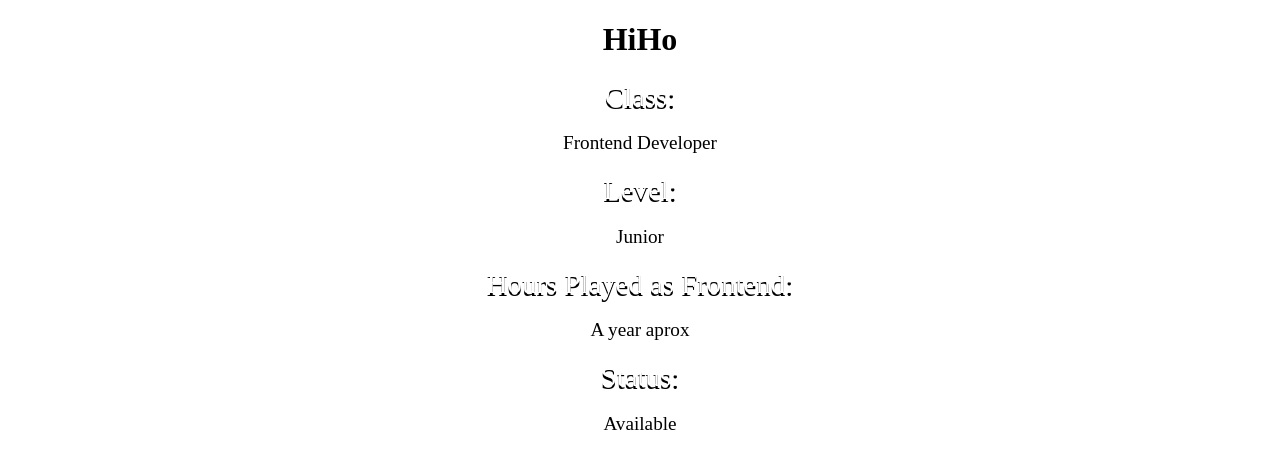
Repository: sernalab/soon
Page: index.html
The author's editor kept a copy of each file at every save. The page is drawn from the files as they stood at one save, then again after the next save.
The browser window is 1280 px wide. The pictures show the whole page.
Some web fonts or font styles are not loaded; a fallback is used.

Above is the page before, as saved 2018-12-24 01:08:54.

### index.html
<!DOCTYPE html>
<html lang="en">

<head>
    <meta charset="UTF-8">
    <meta name="viewport" content="width=device-width, initial-scale=1.0">
    <meta http-equiv="X-UA-Compatible" content="ie=edge">
    <title>Lulz</title>
    <link rel="stylesheet" href="css/styles.css">
    <link href="https://fonts.googleapis.com/css?family=Aldrich" rel="stylesheet">
    <link href="https://fonts.googleapis.com/css?family=Press+Start+2P" rel="stylesheet">

</head>

<body>
    <main>
        <h1>HiHo</h1>
        <span>Class:</span>
        <p> Frontend Developer</p>
        <span>Level:</span>
        <p>Junior</p>
        <span>Hours Played as Frontend:</span>
        <p>A year aprox</p>
        <span>Status:</span>
        <p>Available</p>
    </main>
</body>

<script>
    // google analitycs
</script>

</html>

### css/styles.css
/*! normalize.css v8.0.1 | MIT License | github.com/necolas/normalize.css */


/* Document
   ========================================================================== */


/**
 * 1. Correct the line height in all browsers.
 * 2. Prevent adjustments of font size after orientation changes in iOS.
 */

html {
    line-height: 1.15;
    /* 1 */
    -webkit-text-size-adjust: 100%;
    /* 2 */
}


/* Sections
   ========================================================================== */


/**
 * Remove the margin in all browsers.
 */

body {
    margin: 0;
}


/**
 * Render the `main` element consistently in IE.
 */

main {
    display: block;
}


/**
 * Correct the font size and margin on `h1` elements within `section` and
 * `article` contexts in Chrome, Firefox, and Safari.
 */

h1 {
    font-size: 2em;
    margin: 0.67em 0;
}


/* Grouping content
   ========================================================================== */


/**
 * 1. Add the correct box sizing in Firefox.
 * 2. Show the overflow in Edge and IE.
 */

hr {
    box-sizing: content-box;
    /* 1 */
    height: 0;
    /* 1 */
    overflow: visible;
    /* 2 */
}


/**
 * 1. Correct the inheritance and scaling of font size in all browsers.
 * 2. Correct the odd `em` font sizing in all browsers.
 */

pre {
    font-family: monospace, monospace;
    /* 1 */
    font-size: 1em;
    /* 2 */
}


/* Text-level semantics
   ========================================================================== */


/**
 * Remove the gray background on active links in IE 10.
 */

a {
    background-color: transparent;
}


/**
 * 1. Remove the bottom border in Chrome 57-
 * 2. Add the correct text decoration in Chrome, Edge, IE, Opera, and Safari.
 */

abbr[title] {
    border-bottom: none;
    /* 1 */
    text-decoration: underline;
    /* 2 */
    text-decoration: underline dotted;
    /* 2 */
}


/**
 * Add the correct font weight in Chrome, Edge, and Safari.
 */

b,
strong {
    font-weight: bolder;
}


/**
 * 1. Correct the inheritance and scaling of font size in all browsers.
 * 2. Correct the odd `em` font sizing in all browsers.
 */

code,
kbd,
samp {
    font-family: monospace, monospace;
    /* 1 */
    font-size: 1em;
    /* 2 */
}


/**
 * Add the correct font size in all browsers.
 */

small {
    font-size: 80%;
}


/**
 * Prevent `sub` and `sup` elements from affecting the line height in
 * all browsers.
 */

sub,
sup {
    font-size: 75%;
    line-height: 0;
    position: relative;
    vertical-align: baseline;
}

sub {
    bottom: -0.25em;
}

sup {
    top: -0.5em;
}


/* Embedded content
   ========================================================================== */


/**
 * Remove the border on images inside links in IE 10.
 */

img {
    border-style: none;
}


/* Forms
   ========================================================================== */


/**
 * 1. Change the font styles in all browsers.
 * 2. Remove the margin in Firefox and Safari.
 */

button,
input,
optgroup,
select,
textarea {
    font-family: inherit;
    /* 1 */
    font-size: 100%;
    /* 1 */
    line-height: 1.15;
    /* 1 */
    margin: 0;
    /* 2 */
}


/**
 * Show the overflow in IE.
 * 1. Show the overflow in Edge.
 */

button,
input {
    /* 1 */
    overflow: visible;
}


/**
 * Remove the inheritance of text transform in Edge, Firefox, and IE.
 * 1. Remove the inheritance of text transform in Firefox.
 */

button,
select {
    /* 1 */
    text-transform: none;
}


/**
 * Correct the inability to style clickable types in iOS and Safari.
 */

button,
[type="button"],
[type="reset"],
[type="submit"] {
    -webkit-appearance: button;
}


/**
 * Remove the inner border and padding in Firefox.
 */

button::-moz-focus-inner,
[type="button"]::-moz-focus-inner,
[type="reset"]::-moz-focus-inner,
[type="submit"]::-moz-focus-inner {
    border-style: none;
    padding: 0;
}


/**
 * Restore the focus styles unset by the previous rule.
 */

button:-moz-focusring,
[type="button"]:-moz-focusring,
[type="reset"]:-moz-focusring,
[type="submit"]:-moz-focusring {
    outline: 1px dotted ButtonText;
}


/**
 * Correct the padding in Firefox.
 */

fieldset {
    padding: 0.35em 0.75em 0.625em;
}


/**
 * 1. Correct the text wrapping in Edge and IE.
 * 2. Correct the color inheritance from `fieldset` elements in IE.
 * 3. Remove the padding so developers are not caught out when they zero out
 *    `fieldset` elements in all browsers.
 */

legend {
    box-sizing: border-box;
    /* 1 */
    color: inherit;
    /* 2 */
    display: table;
    /* 1 */
    max-width: 100%;
    /* 1 */
    padding: 0;
    /* 3 */
    white-space: normal;
    /* 1 */
}


/**
 * Add the correct vertical alignment in Chrome, Firefox, and Opera.
 */

progress {
    vertical-align: baseline;
}


/**
 * Remove the default vertical scrollbar in IE 10+.
 */

textarea {
    overflow: auto;
}


/**
 * 1. Add the correct box sizing in IE 10.
 * 2. Remove the padding in IE 10.
 */

[type="checkbox"],
[type="radio"] {
    box-sizing: border-box;
    /* 1 */
    padding: 0;
    /* 2 */
}


/**
 * Correct the cursor style of increment and decrement buttons in Chrome.
 */

[type="number"]::-webkit-inner-spin-button,
[type="number"]::-webkit-outer-spin-button {
    height: auto;
}


/**
 * 1. Correct the odd appearance in Chrome and Safari.
 * 2. Correct the outline style in Safari.
 */

[type="search"] {
    -webkit-appearance: textfield;
    /* 1 */
    outline-offset: -2px;
    /* 2 */
}


/**
 * Remove the inner padding in Chrome and Safari on macOS.
 */

[type="search"]::-webkit-search-decoration {
    -webkit-appearance: none;
}


/**
 * 1. Correct the inability to style clickable types in iOS and Safari.
 * 2. Change font properties to `inherit` in Safari.
 */

::-webkit-file-upload-button {
    -webkit-appearance: button;
    /* 1 */
    font: inherit;
    /* 2 */
}


/* Interactive
   ========================================================================== */


/*
 * Add the correct display in Edge, IE 10+, and Firefox.
 */

details {
    display: block;
}


/*
 * Add the correct display in all browsers.
 */

summary {
    display: list-item;
}


/* Misc
   ========================================================================== */


/**
 * Add the correct display in IE 10+.
 */

template {
    display: none;
}


/**
 * Add the correct display in IE 10.
 */

[hidden] {
    display: none;
}


/* custom css */

body {
    background-image: linear-gradien(black, white) font-family: 'Press Start 2P';
}

main {
    display: flex;
    flex-direction: column;
    justify-content: baseline;
    align-items: center;
}

span {
    color: white;
    font-size: 1.8em;
    text-shadow: 0 .1em 0 #000;
}

p {
    font-size: 1.2em
}

After the next save:
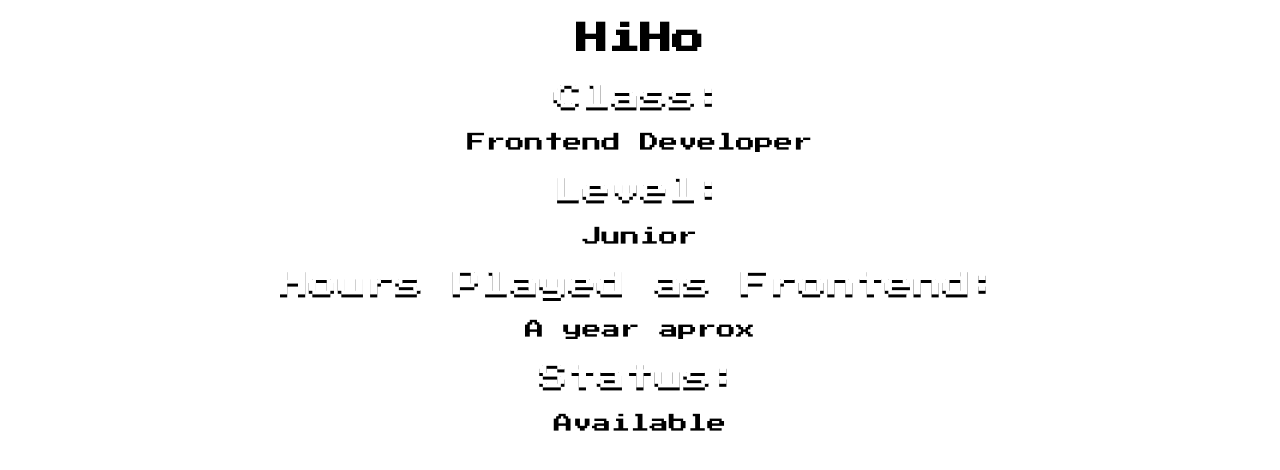
Saved 6 s later.
--- a/css/styles.css
+++ b/css/styles.css
@@ -422,7 +422,8 @@
 /* custom css */
 
 body {
-    background-image: linear-gradien(black, white) font-family: 'Press Start 2P';
+    background-image: linear-gradien(black, white);
+    font-family: 'Press Start 2P';
 }
 
 main {

After the save that followed:
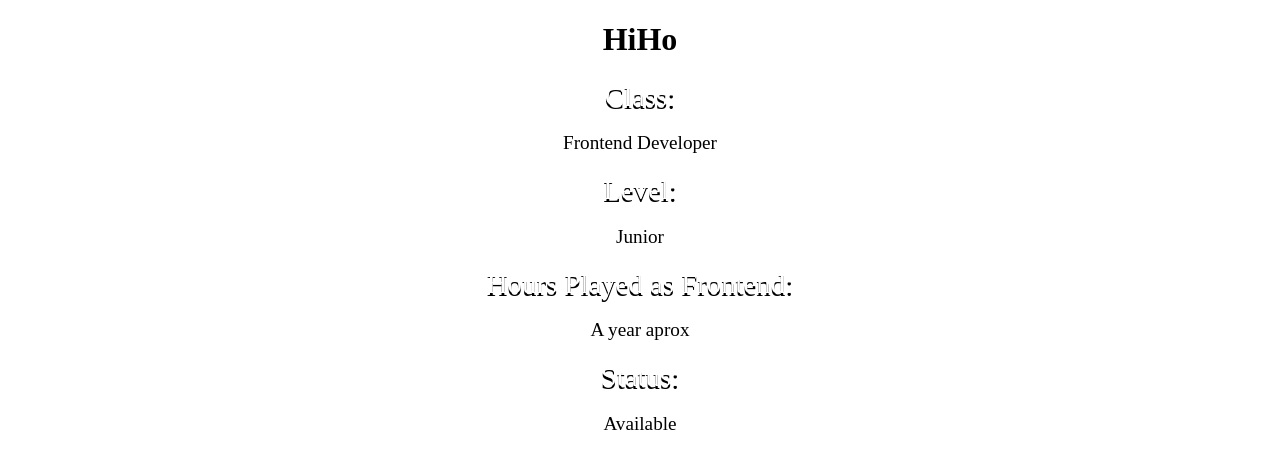
Saved 15 s later.
--- a/css/styles.css
+++ b/css/styles.css
@@ -422,8 +422,8 @@
 /* custom css */
 
 body {
-    background-image: linear-gradien(black, white);
-    font-family: 'Press Start 2P';
+    background-image: linear-gradien(black, white) font-family: 'Press Start 2P';
+    background-repeat: repeat;
 }
 
 main {
